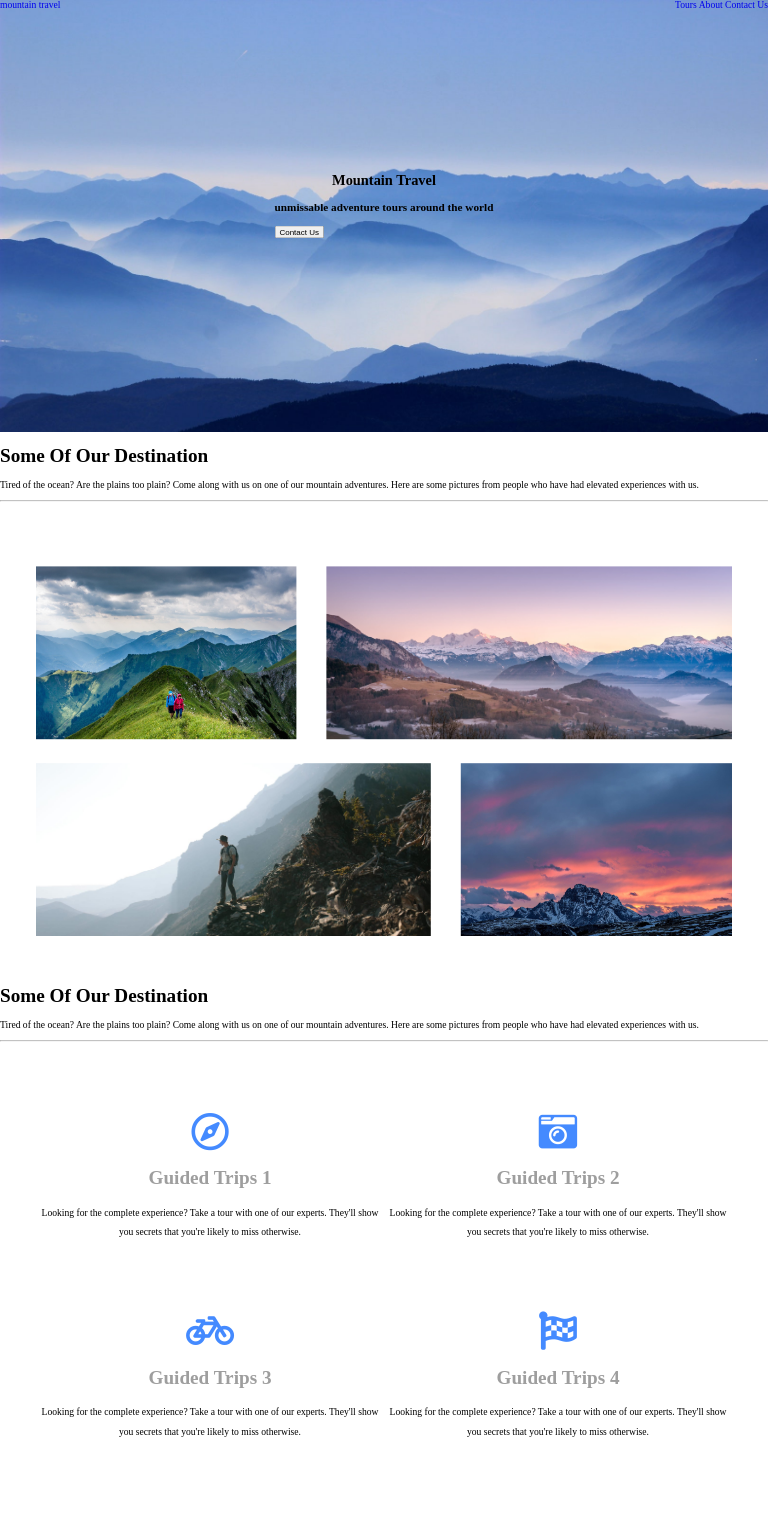
Repository: Einsteiniumeinsteinian/Advanced-CSS
Page: css-project-starter-code/index.html
An editor plug-in stored every save of this project. The page is shown before and after the next save, followed by the edit.
The browser window is 1280 px wide. The pictures show the whole page, at 60% of full size.
Some web libraries are served in a nearby version.

Above is the page before, as saved 2021-08-15 20:41:02.

After the next save:
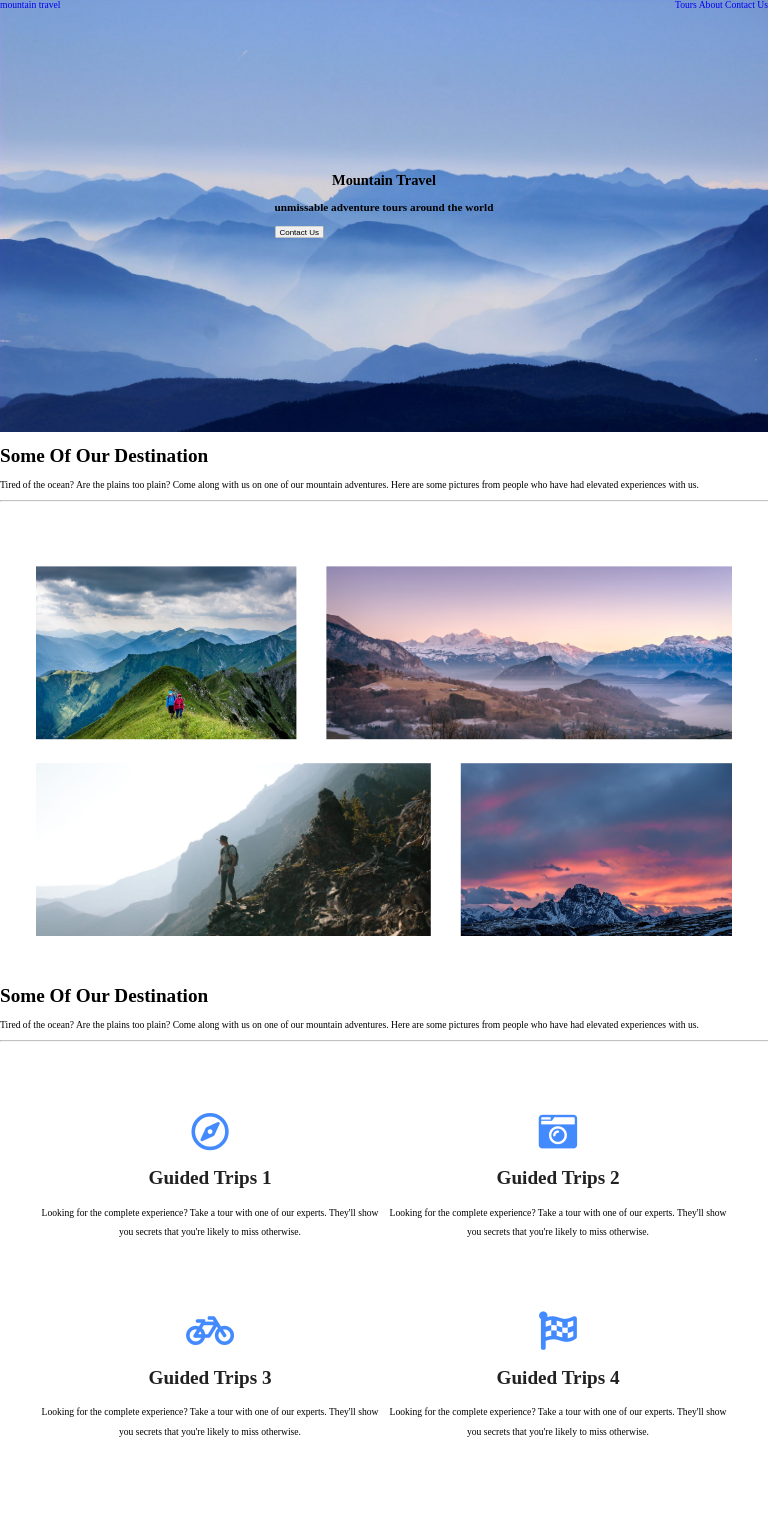
Saved 87 s later.
--- a/css-project-starter-code/assets/css/styles.css
+++ b/css-project-starter-code/assets/css/styles.css
@@ -73,7 +73,8 @@ flex-grow: 1;
 }
 .package > h1{
     /* font-family: 'Quicksand', sans-serif; */
-    color: #9E9E9E;
+    color:
+#212121;
     text-transform: capitalize;
     font-weight: bold;
     font-size: 2em;
